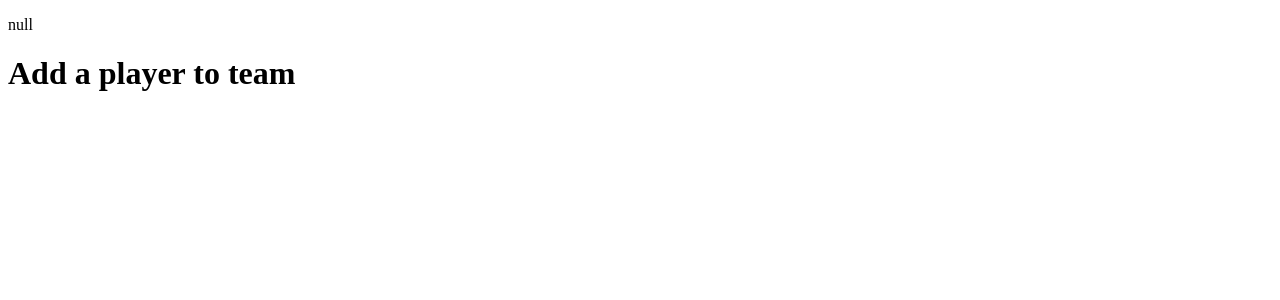
Repository: ohis/JAVAOnTheWeb
Page: http://localhost/TeamRoster/Players
An editor plug-in stored every save of this project. The page is shown before and after the next save, followed by the edit.
The browser window is 1280 px wide. The pictures show the whole page.
The page is served by Tomcat 9.

Above is the page before, as saved 2017-12-04 04:31:05.

After the next save:
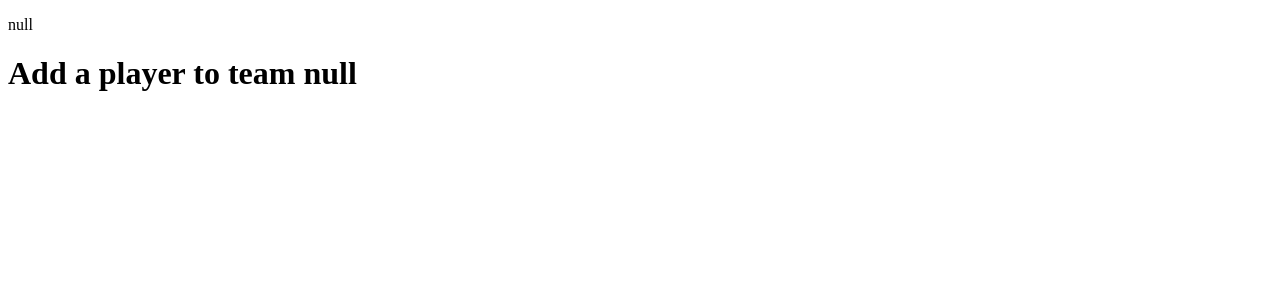
Saved 39 s later.
--- a/servlets/TeamRoster/WebContent/WEB-INF/views/NewPlayer.jsp
+++ b/servlets/TeamRoster/WebContent/WEB-INF/views/NewPlayer.jsp
@@ -9,7 +9,7 @@
 <body>
    <% String t = (String)request.getSession().getAttribute("tname"); %>
        <p> <%= t %></p>
-  <h1>Add a player to team </h1>
+  <h1>Add a player to team  <%= t %></h1>
 
 </body>
 </html>
